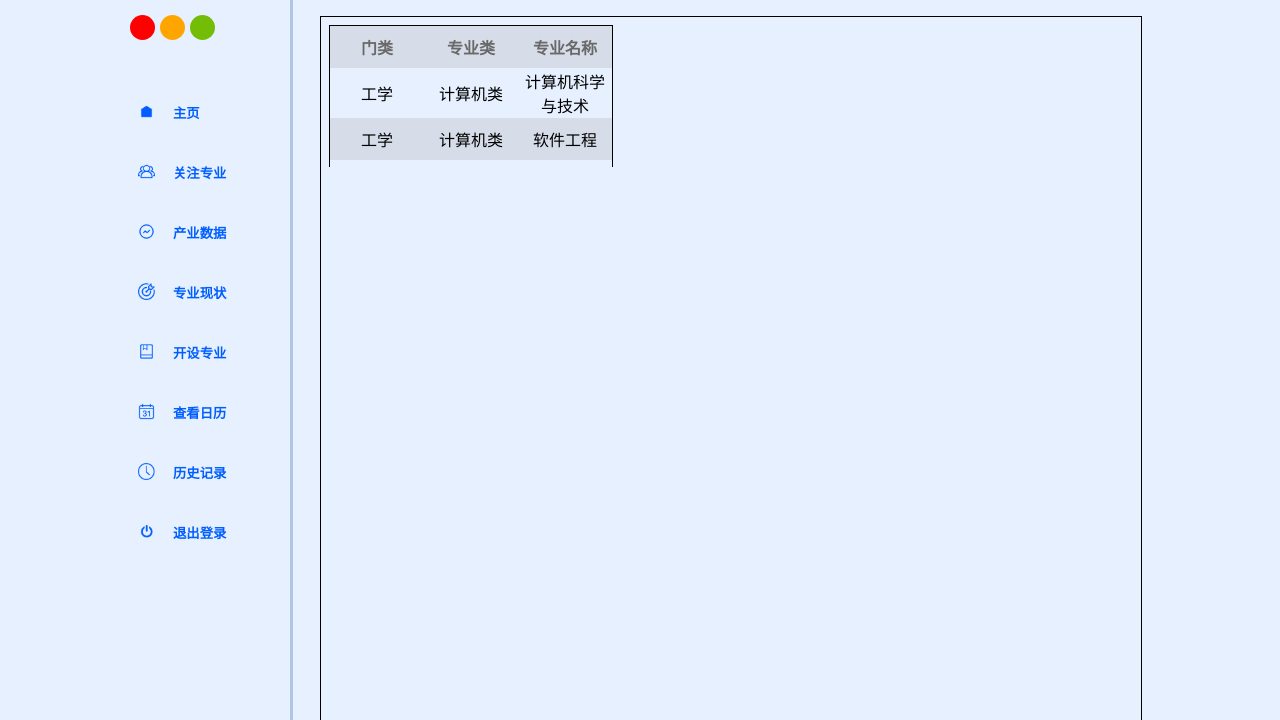
Repository: akaCSDN/test
Page: 2.1主页.html
The author's editor kept a copy of each file at every save. The page is drawn from the files as they stood at one save, then again after the next save.
The browser window is 1280 px wide. The pictures show the whole page.

Above is the page before, as saved 2022-12-03 22:12:31.

### 2.1主页.html
<!DOCTYPE html>
<html lang="en">
<head>
    <meta charset="UTF-8">
    <meta http-equiv="X-UA-Compatible" content="IE=edge">
    <meta name="viewport" content="width=device-width, initial-scale=1.0,minimum-scale=1.0,maximum-scale=1.0,user-scal=no">
    <title>Document</title>
    <script src="./JS/jquery-3.6.0.js"></script>
    <style type="text/css">
        *{
            margin: 0;
            padding: 0;
            border: 0;
        }
        .main{
            width: 1300px;
            height: 760px;
            /* border: 1px solid black; */
            border-radius: 20px;
            background-color: aliceblue;
            opacity: 0.7;
            position: fixed;
            top: 0;
            right: 0;
            bottom: 0;
            left: 0;
            margin: auto;

        }
        .left{
            width: 190px;
            height: 760px;
            border-radius: 20px 0px 0px 20px;
            border-right: 3px solid rgba(146, 169, 213, 0.622);
            /* border: 1px solid black; */
            position: absolute;
            margin-left: 100px;
            /* margin-top: 1px; */
            position: fixed;
        }
        .circle-point{
            width: 100px;
            height: 30px;
            /* border: 1px solid black; */
            margin-left: 25px;
            margin-top: 15px;
        }
        .circle-point div{
            width: 25px;
            height: 25px;
            border-radius: 100% 100% 100% 100%;
            float: left;
            opacity: 1;
            /* position: absolute; */
            margin-left: 5px;

        }
        .button{
            width: auto;
            height: auto;
            /* border: 1px solid black; */
            margin-top: 50px;


        }
        .button li{
            list-style-type: none;
            /* border: 1px solid black; */
            margin-top: 25px;
            width: 150px;
            margin-left: 13px;
            border-radius: 10px;
            /* background-color: rgb(255, 255, 255); */
            /* display:none ; */

        }
        .button button{
            width: 90px;
            height: 35px;
            text-align: left;
            margin-left: 60px;
            /* color: rgba(0, 94, 255, 0.909); */
            color: #005EFF;
            font-weight: 600;
            /* margin-top: 30px; */
            background: none;
            pointer-events: fill;


        }
        .button img{
            width: 17px;
            height: 17px;
            position: absolute;
            margin-top: 8px;
            margin-left: 25px;
        }
        .right{
            width: 820px;
            height: 760px;
            border: 1px solid black;
            margin-left: 320px;
            margin-top: 16px;
            position: fixed;
        }
    </style>
</head>
<body style="background-color: rgb(209, 222, 254);">

    <div class="main">
    </div>
    <div class="left">
        <div class="circle-point">
            <div style="background-color: red;"></div>
            <div style="background-color: orange;"></div>
            <div style="background-color:rgb(116, 189, 7);"></div>
        </div>
        <div class="button">
                <li><img src="./icon/主页.png" alt=""><button>主页</button></li>
                <li><img src="./icon/专业.png" alt=""><button>关注专业</button></li>
                <li><img src="./icon/数据.png" alt=""><button>产业数据</button></li>
                <li><img src="./icon/现状.png" alt=""><button>专业现状</button></li>
                <li><img src="./icon/开设.png" alt=""><button>开设专业</button></li>
                <li><img src="./icon/日历.png" alt=""><button>查看日历</button></li>
                <li><img src="./icon/历史.png" alt=""><button>历史记录</button></li>
                <li><img src="./icon/退出.png" alt=""><button>退出登录</button></li>
        </div>
    </div>
    <div class="right">
        <iframe src="./2.1.1关注专业.html" frameborder="0" width="" ></iframe>
    </div>


</body>
<script>
    $(document).ready(function(){
            $(".button li").mouseover(function(){
                $(this).css("background-color","white")


        })

        $(".button li").mouseleave(function(){
                $(this).css("background","none")
        })
        $(".button li").click(function(){
            var name=$(this).text();
            switch (name) {
                case '关注专业':

                    break;

                default:
                    break;
            }
        })

    })
</script>
</html>

### 2.1.1关注专业.html
<!DOCTYPE html>
<html lang="en">
<head>
    <meta charset="UTF-8">
    <meta http-equiv="X-UA-Compatible" content="IE=edge">
    <meta name="viewport" content="width=device-width, initial-scale=1.0">
    <title>Document</title>
    <style type="text/css">
        table{
            border: 1px solid black;
        }
        table th,td{
            /* border: 1px solid black; */
            width: 240px;
            height: 40px;
            text-align: center;
        }
        table tr:nth-child(odd){
            background-color: rgba(167, 167, 167, 0.247);
        }


    </style>
</head>
<body>

    <table cellspacing="0" id="table_All">
        <tr style="color: rgb(105, 105, 105);">
            <th>门类</th>
            <th>专业类</th>
            <th>专业名称</th>
        </tr>
        <tr>
            <td>工学</td>
            <td>计算机类</td>
            <td>计算机科学与技术</td>
        </tr>
        <tr>
            <td>工学</td>
            <td>计算机类</td>
            <td>软件工程</td>
        </tr>
        <tr>
            <td>工学</td>
            <td>计算机类</td>
            <td>网络工程</td>
        </tr>
        <tr>
            <td>工学</td>
            <td>计算机类</td>
            <td>信息安全</td>
        </tr>
        <tr>
            <td>工学</td>
            <td>计算机类</td>
            <td>物联网工程</td>
        </tr>



    </table>
</body>
</html>

Loaded but not shown: JS/jquery-3.6.0.js (library)

After the next save:
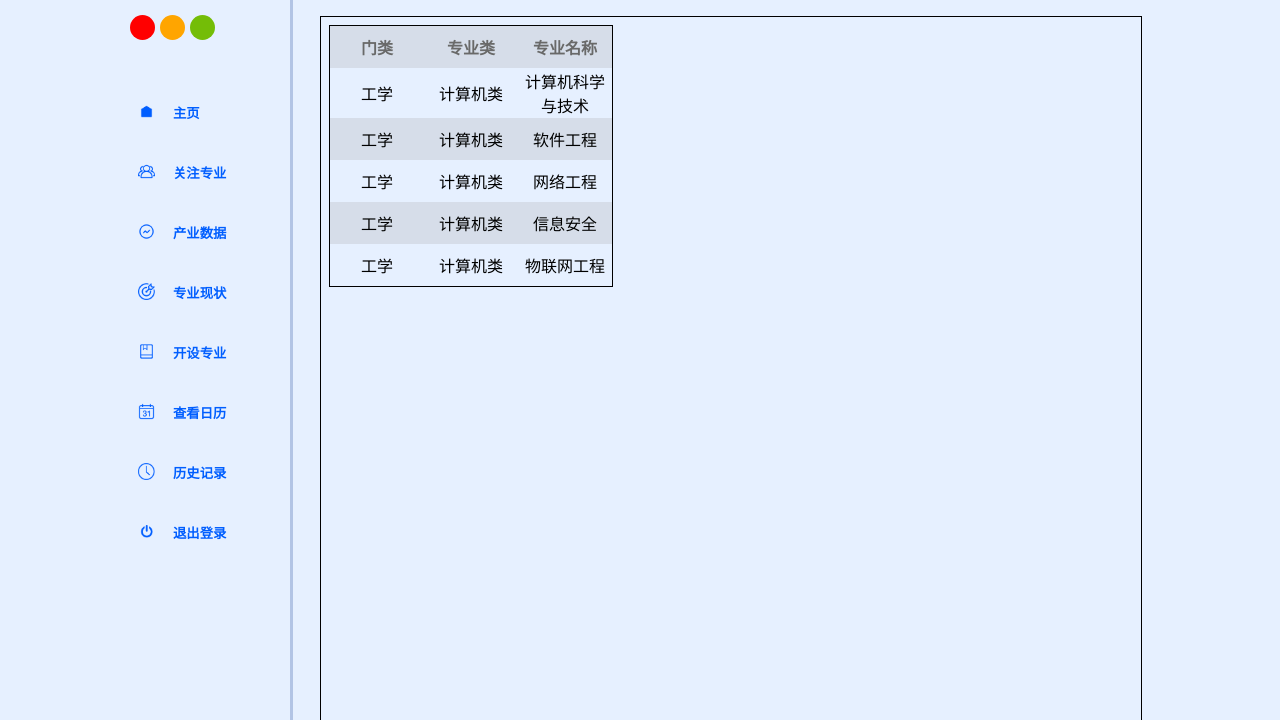
Saved 4 s later.
--- a/2.1主页.html
+++ b/2.1主页.html
@@ -127,7 +127,7 @@
         </div>
     </div>
     <div class="right">
-        <iframe src="./2.1.1关注专业.html" frameborder="0" width="" ></iframe>
+        <iframe src="./2.1.1关注专业.html" frameborder="0" width="" height="270px"></iframe>
     </div>
 
 
